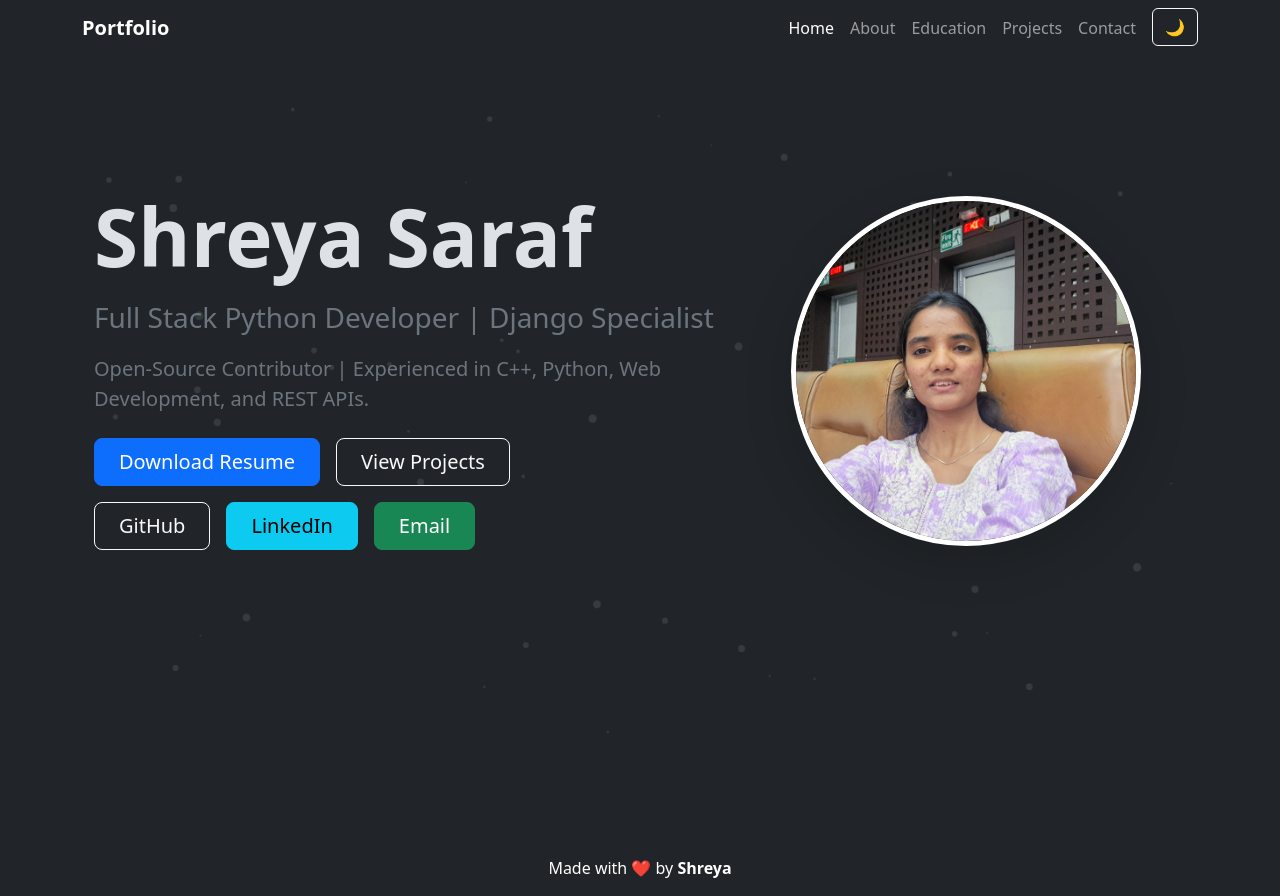
Repository: Shreyasaraf01/shreya-portfolio
Page: http://localhost/
These files come from the project's save history. The page is drawn as it stood at one moment and after the next save; the edit follows.
The browser window is 1280 px wide. The pictures show the whole page.
The page is served by the project's application, run on Django 5.2 (manage.py). Other server files are loaded and not shown.

Above is the page before, as saved 2025-09-13 23:48:25.

### main/templates/main/index.html
{% extends "base.html" %}
{% load static %}

{% block content %}
<div class="position-relative overflow-hidden py-5" style="min-height: 90vh;">

  <!-- Animated Background -->
  <canvas id="hero-bg" class="position-absolute top-0 start-0 w-100 h-100" style="z-index:0;"></canvas>

  <div class="container position-relative" style="z-index:1;">
    <div class="row align-items-center text-center text-md-start py-5">

      <!-- Profile Info -->
      <div class="col-md-7 mb-4 mb-md-0">
        <h1 class="display-1 fw-bold mb-3" style="line-height:1.1;">
          Shreya Saraf
        </h1>
        <p class="fs-3 text-secondary mb-3">Full Stack Python Developer | Django Specialist</p>
        <p class="fs-5 text-secondary mb-4">
          Open-Source Contributor | Experienced in C++, Python, Web Development, and REST APIs.<br>
        </p>

        <!-- Call-to-action Buttons -->
        <div class="d-flex gap-3 justify-content-center justify-content-md-start mt-3">
          <a href="{% static 'files/Shreya_Saraf_Resume.pdf' %}" target="_blank" class="btn btn-primary btn-lg px-4">Download Resume</a>
          <a href="/projects/" class="btn btn-outline-light btn-lg px-4">View Projects</a>
        </div>

        <!-- Social Buttons -->
        <div class="d-flex gap-3 justify-content-center justify-content-md-start mt-3">
          <a href="https://github.com/Shreyasaraf01" target="_blank" class="btn btn-outline-light btn-lg px-4">GitHub</a>
          <a href="https://linkedin.com/in/shreya-saraf-797440257" target="_blank" class="btn btn-info btn-lg px-4">LinkedIn</a>
          <a href="mailto:shreyasaraf765@gmail.com" class="btn btn-success btn-lg px-4">Email</a>
        </div>
      </div>

      <!-- Profile Image -->
<div class="col-md-5 text-center">
  <img src="{% static 'images/profile.jpg' %}"
       alt="profile"
       class="rounded-circle shadow-lg"
       style="width:350px; height:350px; object-fit:cover; border:5px solid #fff; transition: transform 0.3s;"
       onmouseover="this.style.transform='scale(1.08)';"
       onmouseout="this.style.transform='scale(1)';">
</div>

    </div>
  </div>
</div>

<!-- Hero Background Animation Script -->
<script>
const canvas = document.getElementById('hero-bg');
const ctx = canvas.getContext('2d');
canvas.width = window.innerWidth;
canvas.height = window.innerHeight;

let circles = [];
for(let i=0;i<50;i++){
    circles.push({
        x: Math.random()*canvas.width,
        y: Math.random()*canvas.height,
        r: Math.random()*4+1,
        dx: (Math.random()-0.5)*0.5,
        dy: (Math.random()-0.5)*0.5
    });
}

function animate(){
    ctx.clearRect(0,0,canvas.width,canvas.height);
    circles.forEach(c=>{
        ctx.beginPath();
        ctx.arc(c.x,c.y,c.r,0,Math.PI*2,false);
        ctx.fillStyle = 'rgba(255,255,255,0.1)';
        ctx.fill();
        c.x += c.dx;
        c.y += c.dy;
        if(c.x<0||c.x>canvas.width) c.dx*=-1;
        if(c.y<0||c.y>canvas.height) c.dy*=-1;
    });
    requestAnimationFrame(animate);
}
animate();
</script>
{% endblock %}

### main/templates/base.html
<!DOCTYPE html>
<html lang="en" data-bs-theme="dark">
<head>
  <meta charset="UTF-8">
  <title>Portfolio</title>
  {% load static %}
  <link href="https://cdn.jsdelivr.net/npm/bootstrap@5.3.3/dist/css/bootstrap.min.css" rel="stylesheet">
  <script src="{% static 'js/theme.js' %}" defer></script>
</head>
<body>
  <!-- Navbar -->
  <nav class="navbar navbar-expand-lg navbar-dark bg-dark fixed-top">
    <div class="container">
      <a class="navbar-brand fw-bold" href="/">Portfolio</a>
      <button class="navbar-toggler" type="button" data-bs-toggle="collapse" data-bs-target="#navbarNav" aria-controls="navbarNav" aria-expanded="false" aria-label="Toggle navigation">
        <span class="navbar-toggler-icon"></span>
      </button>
      <div class="collapse navbar-collapse" id="navbarNav">
        <ul class="navbar-nav ms-auto">
          <li class="nav-item"><a class="nav-link active" href="/">Home</a></li>
          <li class="nav-item"><a class="nav-link" href="/about/">About</a></li>
          <li class="nav-item"><a class="nav-link" href="/education/">Education</a></li>
          <li class="nav-item"><a class="nav-link" href="/projects/">Projects</a></li>
          <li class="nav-item"><a class="nav-link" href="/contact/">Contact</a></li>
          <li class="nav-item">
            <button class="btn btn-outline-light ms-2" id="theme-toggle">🌙</button>
          </li>
        </ul>
      </div>
    </div>
  </nav>

  <!-- Main Content Container -->
  <div class="container py-5 mt-5">
    {% block content %}{% endblock %}
  </div>

  <!-- Footer -->
<footer class="text-center py-3 bg-dark text-white mt-5">
  Made with ❤️ by <strong>Shreya</strong>
</footer>

  <script src="https://cdn.jsdelivr.net/npm/bootstrap@5.3.3/dist/js/bootstrap.bundle.min.js"></script>
</body>
</html>

### main/views.py
from django.shortcuts import render, redirect
from django.core.mail import send_mail
from django.conf import settings
from django.contrib import messages

def index(request):
    return render(request, "main/index.html")

def about(request):
    return render(request, "main/about.html")

def education(request):
    return render(request, "main/education.html")

def projects(request):
    return render(request, "main/projects.html")

def contact(request):
    if request.method == 'POST':
        name = request.POST.get('name', '').strip()
        email = request.POST.get('email', '').strip()
        message = request.POST.get('message', '').strip()

        if name and email and message:
            full_message = f"Message from {name} ({email}):\n\n{message}"

            try:
                send_mail(
                    subject=f"New Contact Form Submission from {name}",
                    message=full_message,
                    from_email=settings.EMAIL_HOST_USER,
                    recipient_list=['shreyasaraf765@gmail.com'],
                    fail_silently=False,
                )
                messages.success(request, 'Message sent successfully!')
                return redirect('contact')  # Redirect to avoid resubmission on page refresh
            except Exception as e:
                messages.error(request, f"Error sending message: {e}")
        else:
            messages.warning(request, "Please fill in all fields.")

    return render(request, 'main/contact.html')

### shreya_portfolio/urls.py
"""
URL configuration for shreya_portfolio project.

The `urlpatterns` list routes URLs to views. For more information please see:
    https://docs.djangoproject.com/en/5.1/topics/http/urls/
Examples:
Function views
    1. Add an import:  from my_app import views
    2. Add a URL to urlpatterns:  path('', views.home, name='home')
Class-based views
    1. Add an import:  from other_app.views import Home
    2. Add a URL to urlpatterns:  path('', Home.as_view(), name='home')
Including another URLconf
    1. Import the include() function: from django.urls import include, path
    2. Add a URL to urlpatterns:  path('blog/', include('blog.urls'))
"""
from django.contrib import admin
from django.urls import path, include

urlpatterns = [
    path('admin/', admin.site.urls),
    path("", include("main.urls")),
]

### main/urls.py
from django.urls import path
from . import views

urlpatterns = [
    path("", views.index, name="home"),
    path("about/", views.about, name="about"),
    path("education/", views.education, name="education"),
    path("projects/", views.projects, name="projects"),
    path("contact/", views.contact, name="contact"),
]

### main/static/js/theme.js
document.addEventListener("DOMContentLoaded", () => {
  const toggle = document.getElementById("theme-toggle");
  if (!toggle) return;

  toggle.addEventListener("click", () => {
    const html = document.documentElement;
    const current = html.getAttribute("data-bs-theme");
    const next = current === "dark" ? "light" : "dark";
    html.setAttribute("data-bs-theme", next);
    localStorage.setItem("theme", next);
    toggle.textContent = next === "dark" ? "🌙" : "☀️";
  });

  // persist user choice
  const saved = localStorage.getItem("theme");
  if (saved) {
    document.documentElement.setAttribute("data-bs-theme", saved);
    toggle.textContent = saved === "dark" ? "🌙" : "☀️";
  }
});

After the next save:
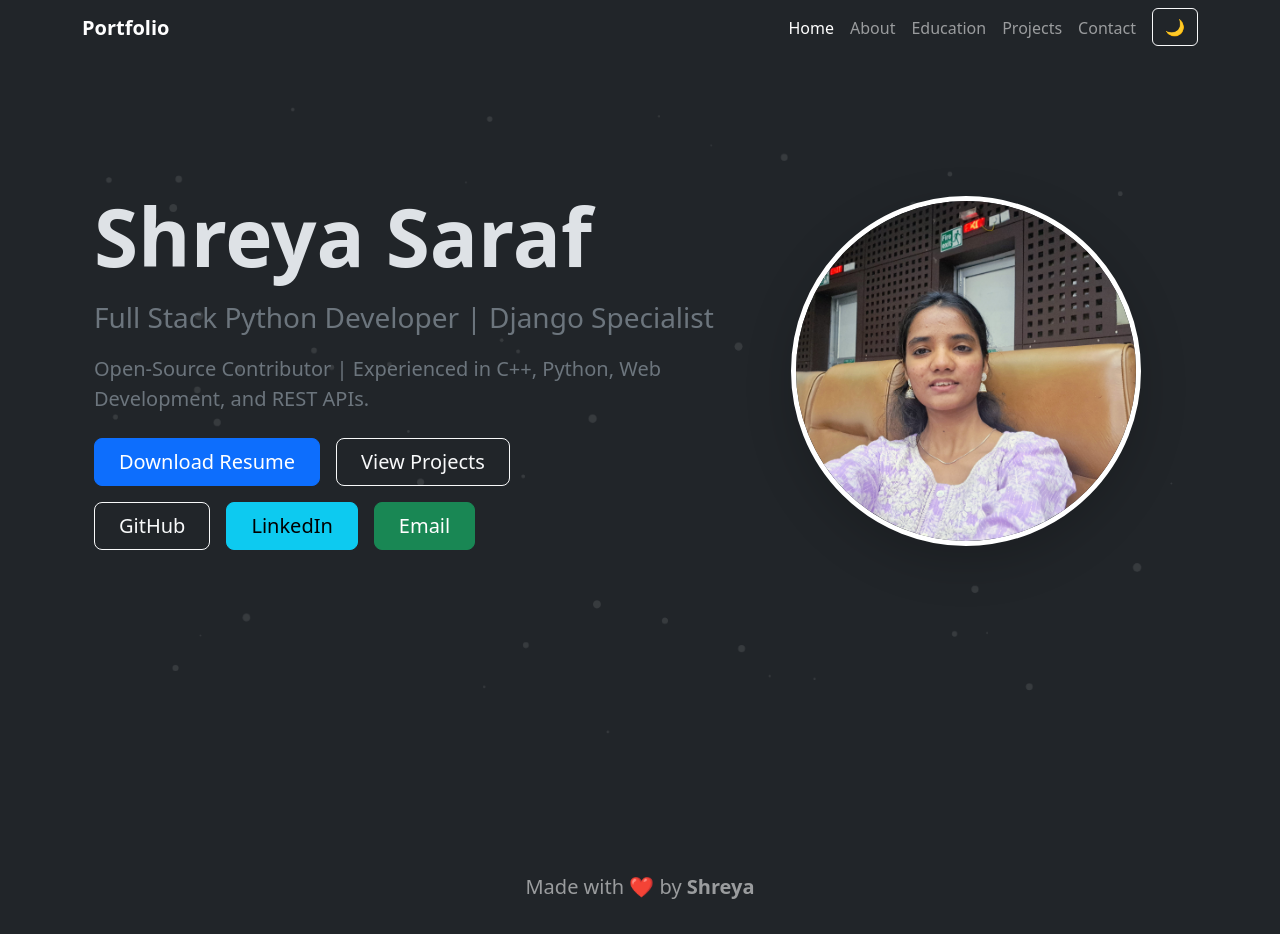
Saved 61 s later.
--- a/main/templates/base.html
+++ b/main/templates/base.html
@@ -36,8 +36,12 @@
   </div>
 
   <!-- Footer -->
-<footer class="text-center py-3 bg-dark text-white mt-5">
-  Made with ❤️ by <strong>Shreya</strong>
+<footer class="footer navbar navbar-dark bg-dark py-4 mt-5">
+  <div class="container d-flex justify-content-center">
+    <span class="navbar-text fs-5">
+      Made with <span style="color:red;">❤️</span> by <strong>Shreya</strong>
+    </span>
+  </div>
 </footer>
 
   <script src="https://cdn.jsdelivr.net/npm/bootstrap@5.3.3/dist/js/bootstrap.bundle.min.js"></script>
